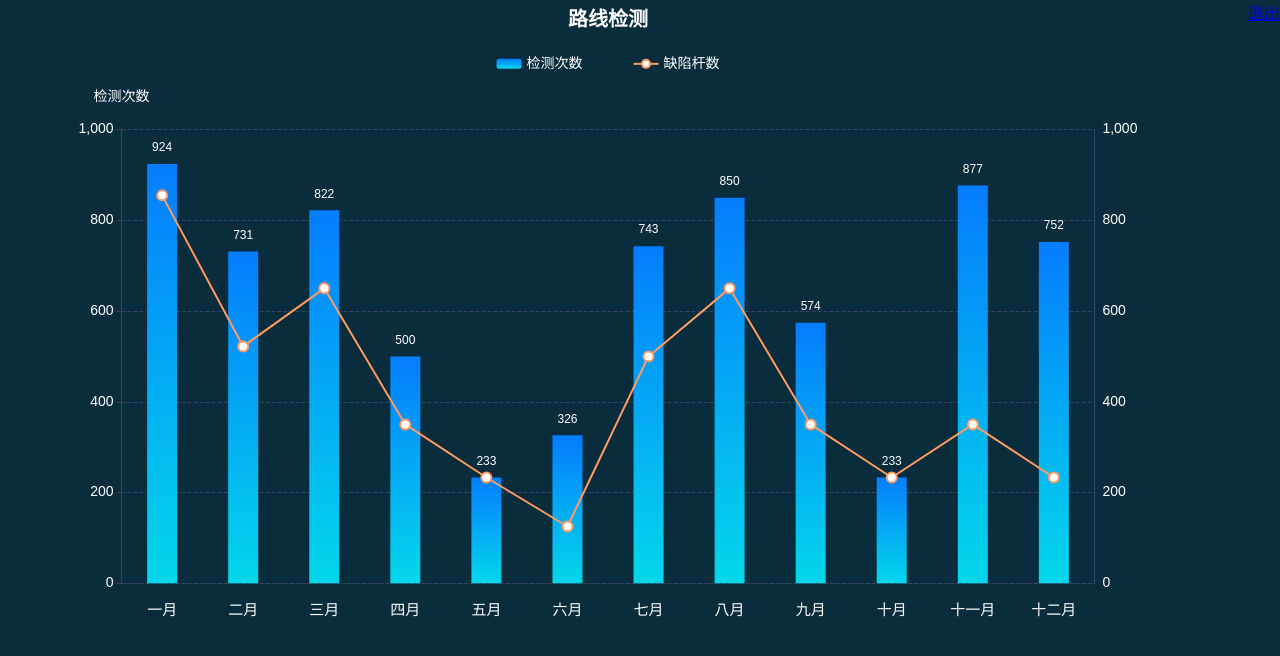
Repository: AweUniver/new_bishe_vue
Page: /#/charts
The author's editor kept a copy of each file at every save. The page is drawn from the files as they stood at one save, then again after the next save.
The browser window is 1280 px wide. The pictures show the whole page.
The project was rebuilt for these pictures with package versions that can differ from the ones it lists, and the page was loaded fresh each time. Also part of the build but not shown: vue.config.js. Imported but missing from the stored project, and not drawn on this page: src/elementUI/index.

Above is the page before, as saved 2023-05-17 18:52:16.

### src/main.js
import Vue from 'vue'
import App from './App.vue'
import router from './router'
import store from './store'
import '@/assets/global.less'
import '@/elementUI/index'
Vue.config.productionTip = false

new Vue({
  router,
  store,
  render: h => h(App)
}).$mount('#app')

### src/App.vue
<template>
  <router-view></router-view>
</template>

<script>
export default {
  name: 'App'
}
</script>

<style lang="less" scoped></style>

### src/router/index.js
import Vue from 'vue'
import VueRouter from 'vue-router'
// import store from '@/store'

Vue.use(VueRouter)

const routes = [
  {
    path: '/',
    component: () => import('@/views/layout'),
    redirect: '/home', // 默认显示首页的二级路由
    children: [
      {
        path: 'home',
        component: () => import('@/views/home')
      }
    ]
  },
  {
    path: '/date',
    component: () => import('@/views/date')
  },
  {
    path: '/camera',
    component: () => import('@/views/camera')
  },
  {
    path: '/charts',
    component: () => import('@/views/charts')
  },
  {
    path: '/skylight',
    component: () => import('@/views/skylight')
  },
  {
    path: '/import',
    component: () => import('@/views/excel/import')
  },
  {
    path: '/export',
    component: () => import('@/views/excel/export')
  }
]

const router = new VueRouter({
  routes
})

// // 无需验证token的页面
// const whiteList = ['/login', '/reg']

// router.beforeEach((to, from, next) => {
//   const token = store.state.token
//   if (token) {
//     // 如果有token, 证明已登录
//     if (!store.state.userInfo.username) {
//       // 有token但是没有用户信息, 才去请求用户信息保存到vuex里
//       // 调用actions里方法请求数据
//       store.dispatch('initUserInfo')
//       // 下次切换页面vuex里有用户信息数据就不会重复请求用户信息
//     }
//     next() // 路由放行
//   } else {
//     // 如果无token
//     // 如果去的是白名单页面, 则放行
//     if (whiteList.includes(to.path)) {
//       next()
//     } else {
//       // 如果其他页面请强制拦截并跳转到登录页面
//       next('/login')
//     }
//   }
// })

export default router

### src/store/index.js
import Vue from 'vue'
import Vuex from 'vuex'
import createPersistedState from 'vuex-persistedstate'
// 导入axios
import { getUserInfoAPI } from '@/api'

Vue.use(Vuex)

export default new Vuex.Store({
  state: {
    token: '', // 用户token
    userInfo: {} // 定义用户信息对象
  },
  mutations: {
    // 更新 token 的 mutation 函数
    updateToken (state, newToken) {
      state.token = newToken
    },
    // 更新用户的信息
    updateUserInfo (state, info) {
      state.userInfo = info
    }
  },
  actions: {
    // 定义初始化用户基本信息的 action 函数
    async initUserInfo (store) {
      const { data: res } = await getUserInfoAPI()
      if (res.code === 0) {
        store.commit('updateUserInfo', res.data)
      }
    }
  },
  getters: {
    nickname: state => state.userInfo.nickname, // 昵称
    username: state => state.userInfo.username, // 用户名
    user_pic: state => state.userInfo.user_pic // 用户头像
  },
  // 配置为 vuex 的插件
  plugins: [createPersistedState()]
})

### src/views/charts/index.vue
<template>
  <div id="app">
    <div class="echarts-wrap">
      <!--折线柱状图 -->
      <echarts-bar class="echarts-item"></echarts-bar>
      <!-- <div class="back"><el-button  type="primary" size="small" @click="logoutFn">退出</el-button></div> -->
      <div class="buttonBox">
          <router-link to="/home">
            <el-tooltip content="退出" placement="top">
              <el-button
                icon="el-icon-s-home"
              >退出</el-button>
            </el-tooltip>
          </router-link>
        </div>
    </div>

  </div>
</template>

<script>
import echartsBar from '@/views/charts/echartsBar'
export default {
  name: 'App',
  components: {
    echartsBar
  },
  methods: {
    // 退出
    logoutFn () {
      // 询问用户是否退出
      this.$confirm('您确认退出吗？', '提示', {
        confirmButtonText: '确定',
        cancelButtonText: '取消',
        type: 'warning'
      })
        .then(() => {
          // TODO：执行退出的操作
          // 1. 清空 token
          this.$store.commit('updateToken', '')
          // 2. 跳转到首页
          this.$router.push('/home')
        })
        .catch((err) => err)
    }
  }
}
</script>

<style>
html,
body {
  height: 100%;
  width: 100%;
  padding: 0;
  margin: 0;
}
#app {
  font-family: Avenir, Helvetica, Arial, sans-serif;
  -webkit-font-smoothing: antialiased;
  -moz-osx-font-smoothing: grayscale;
  text-align: center;
  color: #2c3e50;
  background: #0a2d3d;
  height: 100%;
  width: 100%;
  overflow-x: hidden;
}
.echarts-wrap {
  height: 100%;
  width: 100%;
  display: flex;
  flex-wrap: wrap;
}
.echarts-item {
  width: 50%;
}
.back{
  /* display: flex; */
  color: aliceblue;
  height: 40px;
  text-align:center
}
.buttonBox {
  position: fixed;
  top: 0px;
  right: 0px;
  z-index: 9999;
}
</style>

### src/api/index.js
import request from '@/utils/request'

/**
 * 注册接口
 * @param {*} param0 { username: 用户名, password: 密码 }
 * @returns Promise对象
 */
export const registerAPI = ({ username, password, repassword }) => {
  return request({
    url: '/api/reg',
    method: 'post',
    data: {
      username,
      password,
      repassword
    }
  })
}

/**
 * 登录接口
 * @param {*} param0 { username: 用户名, password: 密码 }
 * @returns Promise对象
 */
export const loginAPI = ({ username, password }) => {
  return request({
    url: '/api/login',
    method: 'post',
    data: {
      username,
      password
    }
  })
}

/**
 * 获取-用户基础资料
 * @returns Promise对象
 */
export const getUserInfoAPI = () => {
  return request({
    url: '/my/userinfo'
  })
}

/**
 * 获取-侧边栏菜单数据
 * @returns Promise对象
 */
export const getMenusAPI = () => {
  return request({
    url: '/my/menus'
  })
}

/**
 * 更新-用户头像
 * @param {*} avatar 头像的base64字符串
 * @returns Promise对象
 */
export const updateAvatarAPI = (avatar) => {
  return request({
    url: '/my/update/avatar',
    method: 'PATCH',
    data: {
      avatar
    }
  })
}

### src/views/charts/echartsBar.vue
<template>
  <div
    class="echart"
    ref="mychart3"
    style="height:90%;width: 95%;"
  ></div>
</template>

<script>
import * as echarts from 'echarts'

export default {
  name: 'EchartsBar3',
  data () {
    return {}
  },
  mounted () {
    this.initBar()
  },
  methods: {
    initBar () {
      const option = {
        title: { // 标题组件
          text: '路线检测',
          top: 5,
          left: 'center', // 距离容器左侧的距离。可选left,right等
          textStyle: {
            color: '#fff',
            fontSize: 20
          }
        },
        grid: { // 直角坐标系内绘图网格
          containLabel: false,
          bottom: '10%', // grid 组件离容器下侧的距离。默认60px
          top: '20%' // grid 组件离容器上侧的距离。默认60px
        },
        legend: { // 图例组件
          top: '8%', // 图例组件离容器上侧的距离
          left: 'center', // 图例组件离容器左侧的距离
          textStyle: {
            color: '#fff',
            fontSize: 14
          },
          itemGap: 50, // 图例每项之间的间隔。默认10
          itemHeight: 10, // 图例标记的图形高度。默认14
          data: ['检测次数', '缺陷杆数']
        },
        xAxis: { // X轴-相关设置
          axisLabel: { // X轴-坐标轴刻度标签的相关设置。
            show: true,
            color: '#fff',
            margin: 20, // 刻度标签与轴线之间的距离。 默认8px
            fontSize: 15,
            interval: 0
          },
          axisTick: { // X轴-坐标轴刻度相关设置
            show: false
          },
          splitLine: { // X轴-分隔线
            show: false
          },
          axisLine: { // X轴-坐标轴轴线相关设置
            show: true,
            lineStyle: {
              color: '#384267',
              type: 'dashed' // 线的类型。可选'solid'等
            }
          },
          data: ['一月', '二月', '三月', '四月', '五月', '六月', '七月', '八月', '九月', '十月', '十一月', '十二月']
        },
        yAxis: [ // Y轴-相关设置
          { // 左侧y轴
            name: '检测次数',
            nameTextStyle: { // 坐标轴名称的文字样式
              color: '#fff',
              padding: [0, 0, 10, 0],
              fontSize: 14
            },
            axisLabel: { // Y轴-坐标轴刻度标签的相关设置
              fontSize: 14,
              color: '#fff'
            },
            axisTick: { // Y轴-坐标轴刻度相关设置。
              show: true,
              lineStyle: {
                color: '#384267'
              }
            },
            splitLine: { // Y轴-分隔线
              show: true,
              lineStyle: {
                color: '#384267',
                type: 'dashed'
              }
            },
            axisLine: { // Y轴-坐标轴轴线相关设置。
              show: true,
              lineStyle: {
                color: '#384267',
                type: 'solid'
              }
            }
          },
          { // 右侧y轴
            position: 'right', // y 轴的位置。可选left,right。默认 第一个 y 轴在左侧（'left'），第二个 y 轴在另一侧。
            axisLabel: { // Y轴-坐标轴刻度标签的相关设置
              show: true,
              textStyle: {
                fontSize: 14,
                color: '#fff'
              }
            },
            axisTick: { // Y轴-坐标轴刻度相关设置。
              show: false
            },
            splitLine: { // Y轴-分隔线
              show: false
            },
            axisLine: { // Y轴-坐标轴轴线相关设置。
              show: true,
              lineStyle: {
                color: '#384267',
                type: 'solid'
              }
            }
          }
        ],
        series: [
          { // 柱状系列数据
            name: '检测次数',
            type: 'bar',
            yAxisIndex: 0, // 使用的 y 轴的 index，在单个图表实例中存在多个 y轴的时候有用
            data: [924, 731, 822, 500, 233, 326, 743, 850, 574, 233, 877, 752],
            barWidth: 30,
            itemStyle: {
              color: {
                type: 'linear',
                x: 0,
                y: 0,
                x2: 0,
                y2: 1,
                global: false,
                colorStops: [
                  { offset: 0, color: '#057DFE' }, // 0% 处的颜色
                  { offset: 1, color: '#02D7EA' }// 100% 处的颜色
                ]
              }
            },
            label: { // 图形上的文本标签
              show: true,
              position: 'top', // 标签的位置。可选top，left等
              distance: 10, // 距离图形元素的距离。默认值5
              color: '#fff'
            }
          },
          { // 折线系列数据
            name: '缺陷杆数',
            type: 'line',
            data: [855, 522, 650, 350, 233, 125, 500, 650, 350, 233, 350, 233],
            // 使用的 y 轴的 index
            // 在单个图表实例中存在多个 y轴的时候有用
            yAxisIndex: 1,
            smooth: false, // 是否平滑曲线显示
            // 标记的图形为实心圆。可选 'circle'，'rect'等
            symbol: 'emptyCircle',
            symbolSize: 10, // 标记的大小
            itemStyle: {
              // 折线拐点标志的样式
              color: '#FF9B61'
            },
            lineStyle: {
              color: '#FF9B61'
            }
          }
        ],
        tooltip: {
          trigger: 'axis',
          backgroundColor: 'rgba(17,95,182,0.5)',
          textStyle: {
            color: '#fff'
          },
          formatter: (params) => {
            const oneDotHtml = '<span style="display:inline-block;margin-right:5px;width:10px;height:10px;background-color:#057DFE"></span>'
            const twoDotHtml = '<span style="display:inline-block;margin-right:5px;width:10px;height:10px;background-color:#FF9B61"></span>'
            return (
              `${params[0].name}<br />
            ${oneDotHtml}${params[0].seriesName}：${params[0].value}<br />
            ${twoDotHtml}${params[1].seriesName}：${params[1].value}
            `
            )
          }
        }
      }
      const myChart = echarts.init(this.$refs.mychart3)
      myChart.setOption(option)
    }
  }
}

</script>
<style scoped>
</style>

### src/utils/request.js
import axios from 'axios'
// import store from '@/store'
// import router from '@/router'

// 创建一个自定的axios方法(比原axios多了个基地址)
// axios函数请求的url地址前面会被拼接基地址, 然后axios请求baseURL+url后台完整地址
export const baseURL = 'http://big-event-vue-api-t.itheima.net'
const myAxios = axios.create({
  baseURL
})

// 白名单: 不需要携带token的api地址
// const whiteAPIList = ['/api/reg', '/api/login']

// // 定义请求拦截器
// myAxios.interceptors.request.use(function (config) {
//   if (!whiteAPIList.includes(config.url)) {
//     // 为请求头挂载 Authorization 字段
//     config.headers.Authorization = store.state.token
//   }
//   return config
// }, function (error) {
//   return Promise.reject(error)
// })

// // 定义响应拦截器
// myAxios.interceptors.response.use(function (response) {
//   // 响应状态码为 2xx 时触发成功的回调，形参中的 response 是“成功的结果”
//   return response
// }, function (error) {
//   // 响应状态码不是 2xx 时触发失败的回调，形参中的 error 是“失败的结果”
//   if (error.response.status === 401) {
//     // 无效的 token
//     // 把 Vuex 中的 token 重置为空，并跳转到登录页面
//     store.commit('updateToken', '')
//     router.push('/login')
//   }
//   return Promise.reject(error)
// })

// 导出自定义的axios方法, 供外面调用传参发请求
export default myAxios

Loaded but not shown: public/index.html (common file); src/assets/global.less (common file)

After the next save:
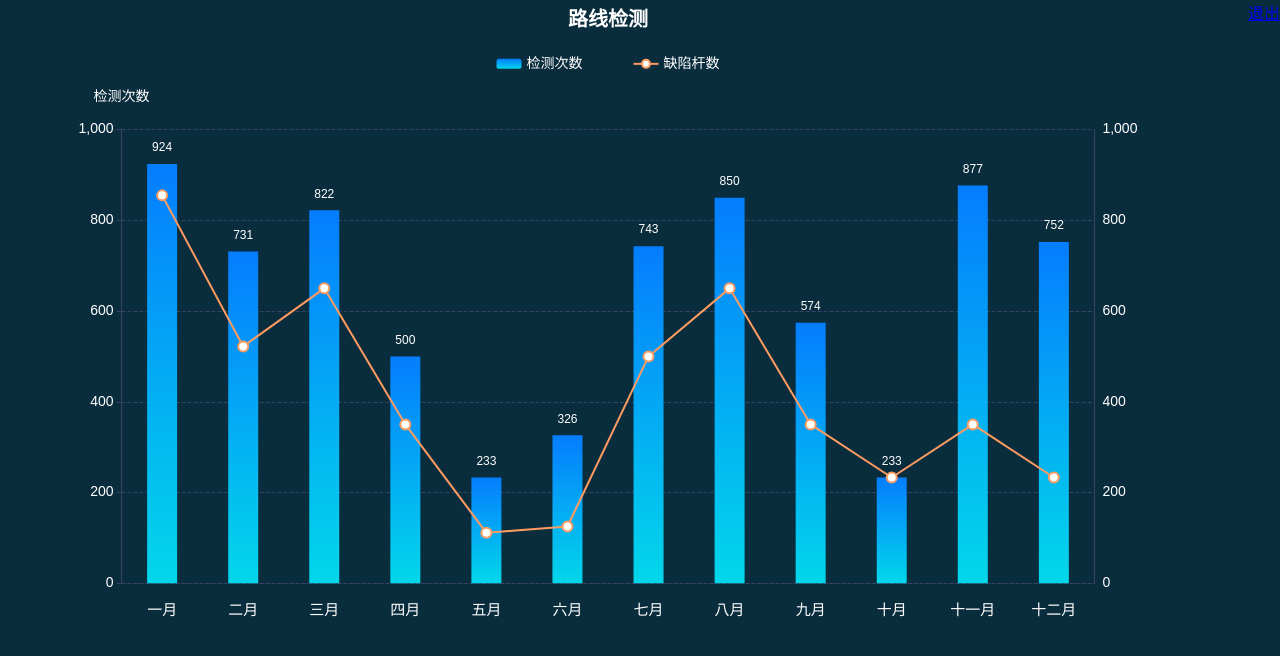
Saved 15 s later.
--- a/src/views/charts/echartsBar.vue
+++ b/src/views/charts/echartsBar.vue
@@ -156,7 +156,7 @@ export default {
           { // 折线系列数据
             name: '缺陷杆数',
             type: 'line',
-            data: [855, 522, 650, 350, 233, 125, 500, 650, 350, 233, 350, 233],
+            data: [855, 522, 650, 350, 111, 125, 500, 650, 350, 233, 350, 233],
             // 使用的 y 轴的 index
             // 在单个图表实例中存在多个 y轴的时候有用
             yAxisIndex: 1,
